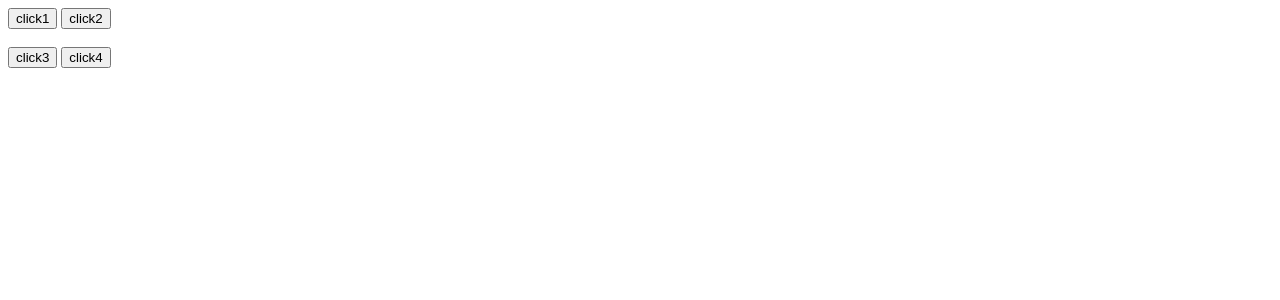
Repository: Jeong43/WebStudy
Page: JsonApp/WebContent/JsonTest06.html
These files come from the project's save history. The page is drawn as it stood at one moment and after the next save; the edit follows.
The browser window is 1280 px wide. The pictures show the whole page.

Above is the page before, as saved 2021-12-09 01:26:58.

After the next save:
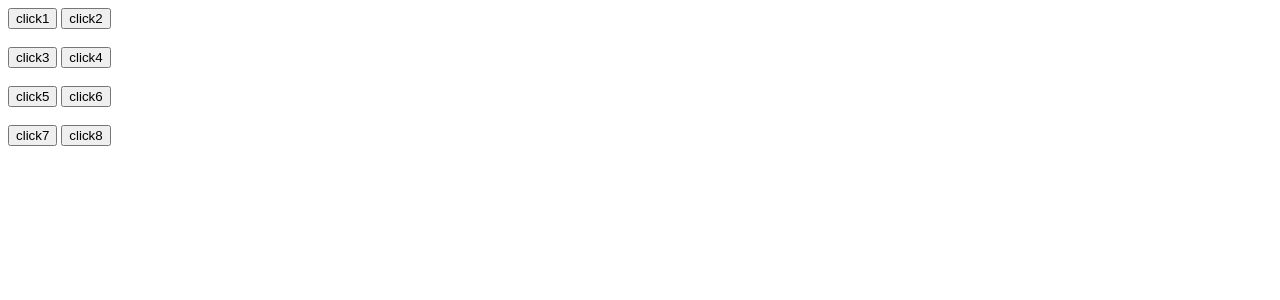
Saved 2 min 46 s later.
--- a/JsonApp/WebContent/JsonTest06.html
+++ b/JsonApp/WebContent/JsonTest06.html
@@ -62,6 +62,26 @@
 		onclick="myJsonObject6.test=false; alert(typeof myJsonObject6.test)" />
 	<!-- boolean -->
 
+	<br /><br />
+
+	<input type="button" value="click5"
+		onclick="myJsonObject6.test=123; alert(myJsonObject6.test)" />
+	<!-- 123 -->
+
+	<input type="button" value="click6"
+		onclick="myJsonObject6.test=123; alert(typeof myJsonObject6.test)" />
+	<!-- number -->
+
+	<br /><br />
+
+	<input type="button" value="click7"
+		onclick="myJsonObject6.test='123'; alert(myJsonObject6.test)" />
+	<!-- 123 -->
+
+	<input type="button" value="click8"
+		onclick="myJsonObject6.test='123'; alert(typeof myJsonObject6.test)" />
+	<!-- String -->
+
 </form>
 
 </body>
